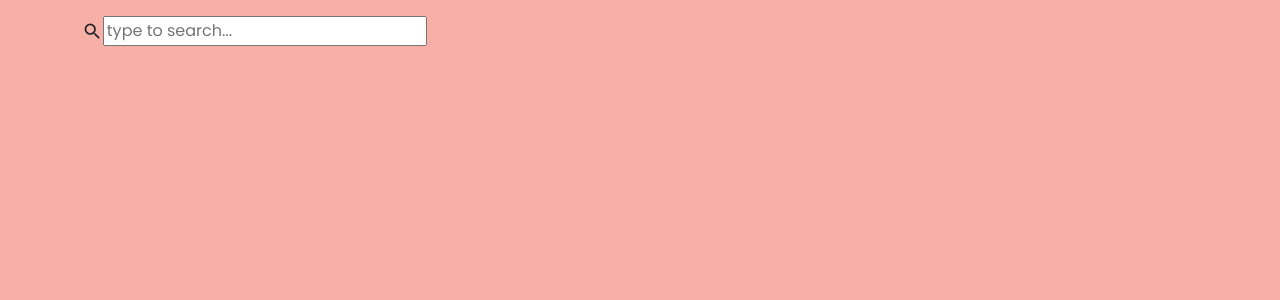
Repository: DeraBola/user-app
Page: /
The author's editor kept a copy of each file at every save. The page is drawn from the files as they stood at one save, then again after the next save.
The browser window is 1280 px wide. The pictures show the whole page.
The page's requests for data from a server got no answer. The project was rebuilt for these pictures with package versions that can differ from the ones it lists, and the page was loaded fresh each time. No one was signed in, and anything a server would have sent is missing.

Above is the page before, as saved 2022-08-09 21:28:49.

After the next save:
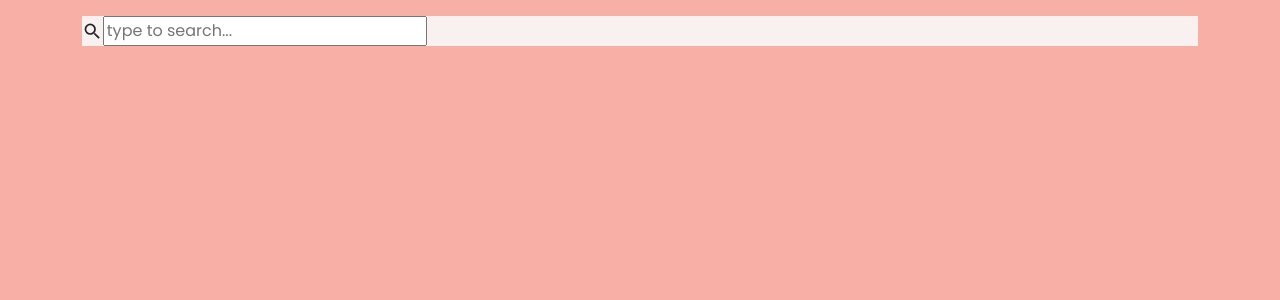
Saved 19 s later.
--- a/src/App.css
+++ b/src/App.css
@@ -44,5 +44,6 @@
         .search {
             display: flex;
             align-items: center;
-            background-color: ;
+            background-color: #f9f1f0;
+            ;
         }
